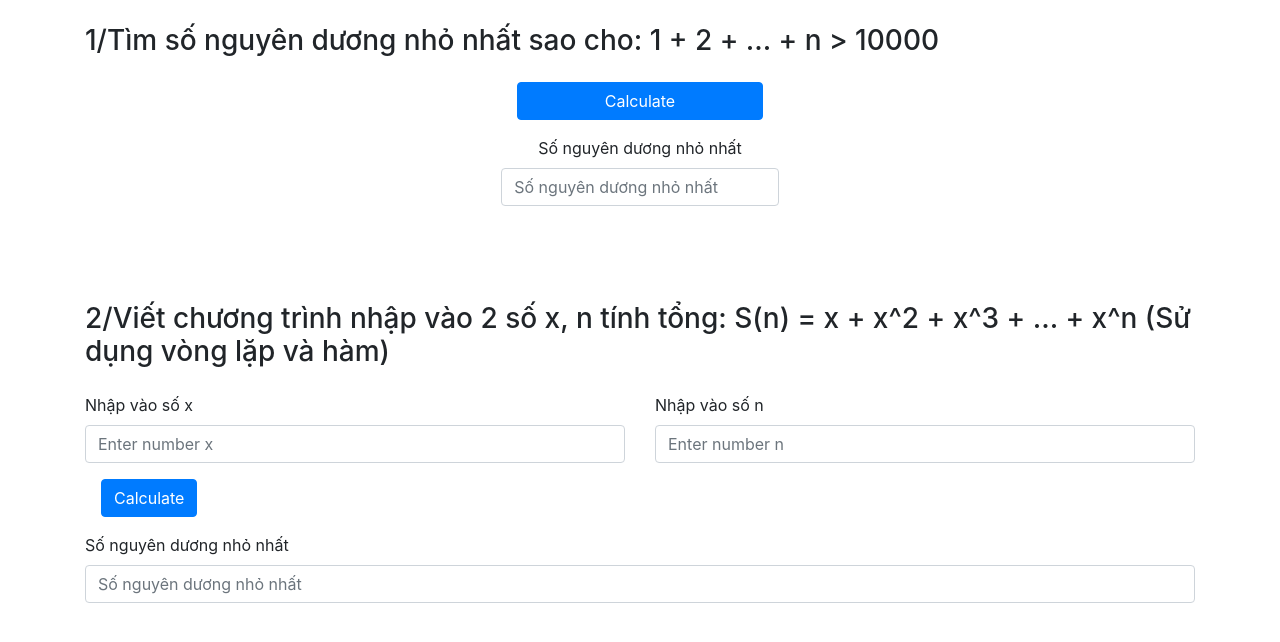
Repository: baobaodeveloper/bootcamp21__loop__HuynhAnhBao
Page: index.html
These files come from the project's save history. The page is drawn as it stood at one moment and after the next save; the edit follows.
The browser window is 1280 px wide. The pictures show the whole page.

Above is the page before, as saved 2022-03-16 23:12:03.

After the next save:
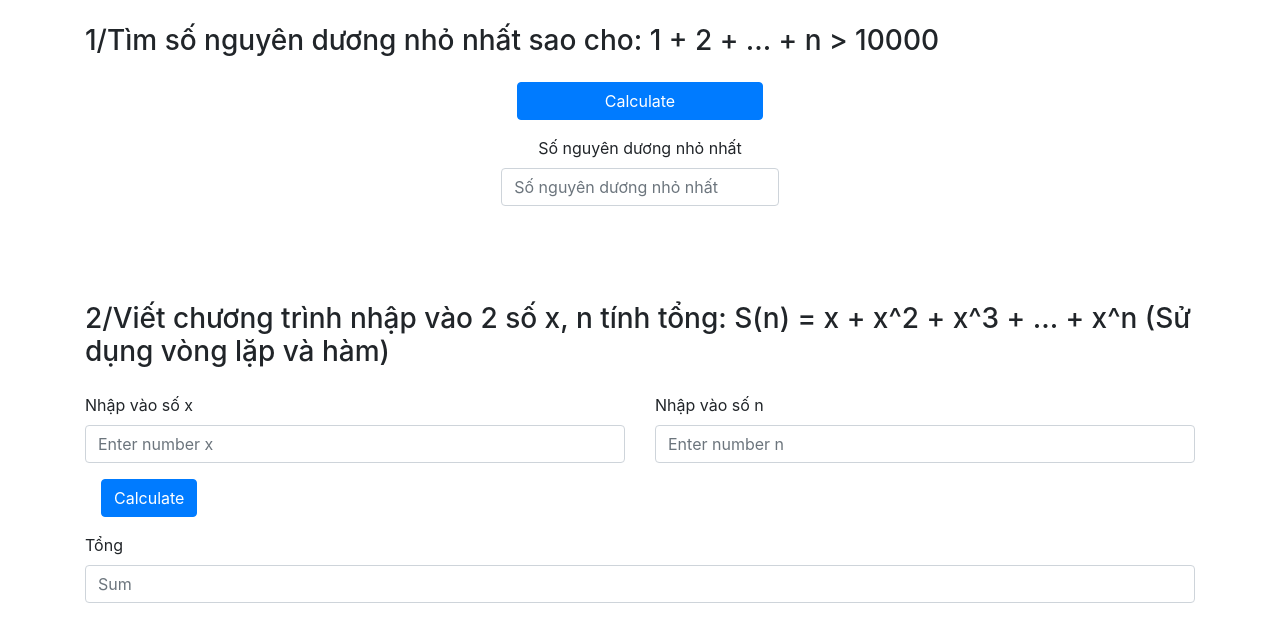
Saved 34 s later.
--- a/index.html
+++ b/index.html
@@ -69,12 +69,12 @@
       </button>
 
       <div>
-        <label class="form-label">Số nguyên dương nhỏ nhất</label>
+        <label class="form-label">Tổng</label>
         <input
           type="email"
           class="form-control"
           id="result1"
-          placeholder="Số nguyên dương nhỏ nhất"
+          placeholder="Sum"
         />
       </div>
     </div>
